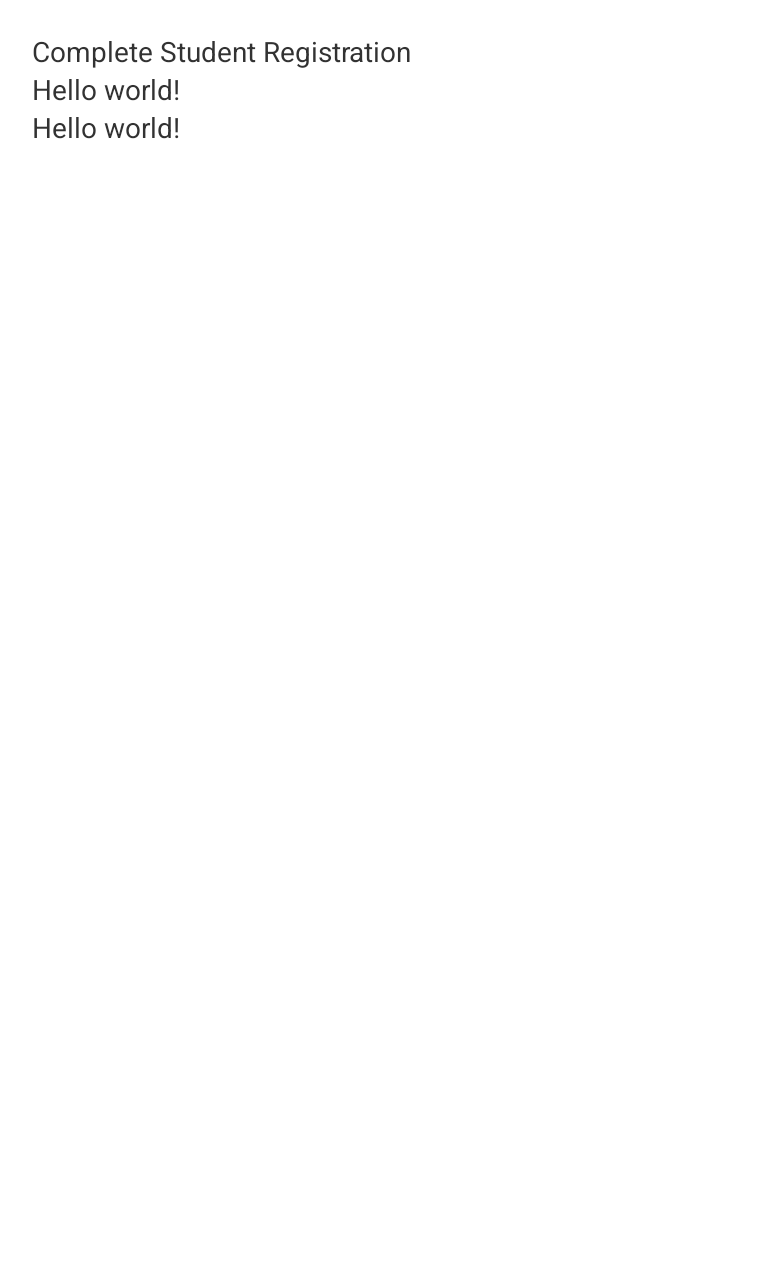
Repository: ericMedeiros93/Android-Dev
Layout: StudentInfo/res/layout/activity_register_avtivity.xml
These files come from the project's save history. The layout is drawn as it stood at one moment and after the next save; the edit follows.
It is drawn on a 768 x 1280 px phone screen (xhdpi) without system bars, with theme AppTheme; the app's code is not run.

Above is the layout before, as saved 2014-10-08 16:37:24.

After the next save:
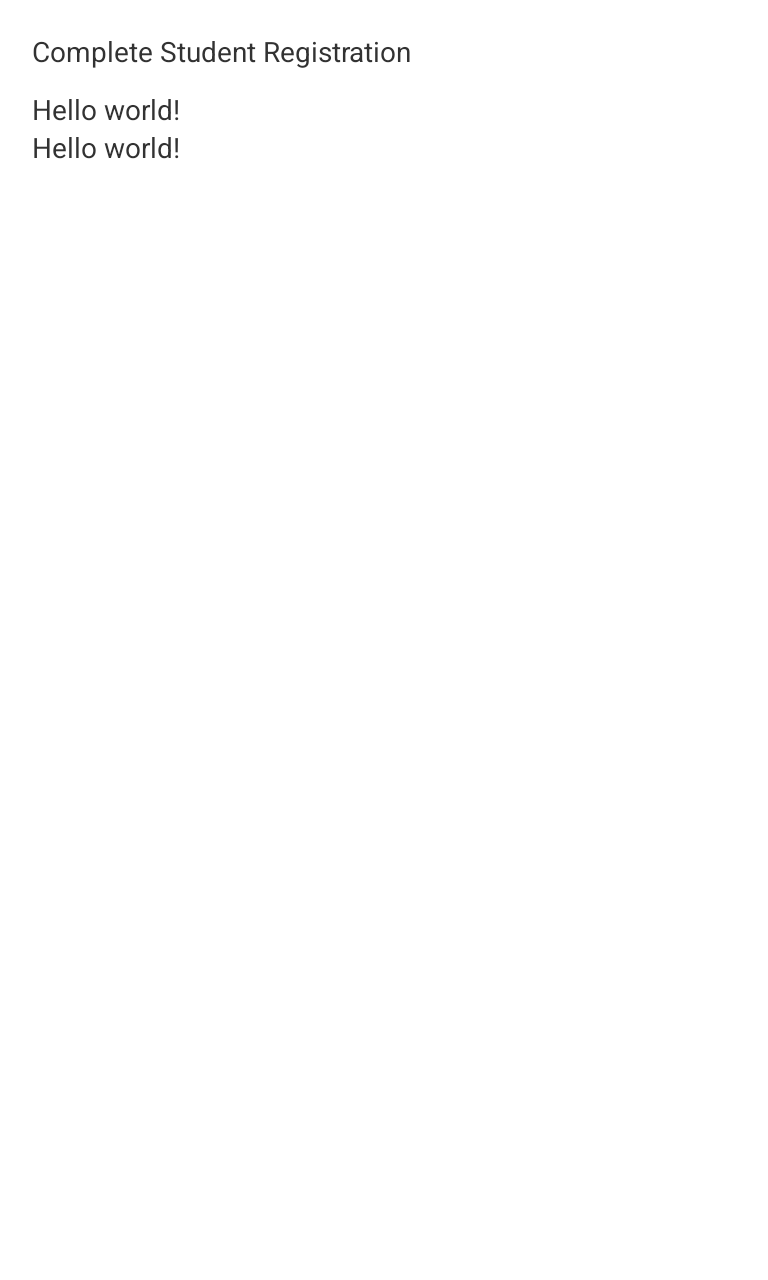
Saved 67 s later.
--- a/StudentInfo/res/layout/activity_register_avtivity.xml
+++ b/StudentInfo/res/layout/activity_register_avtivity.xml
@@ -15,12 +15,14 @@
         android:text="Complete Student Registration" />
 
     <TextView
-        android:id="@+id/textView1"
+        android:id="@+id/txtName"
+        android:layout_marginTop="10dp"
         android:layout_width="wrap_content"
         android:layout_height="wrap_content"
         android:text="@string/hello_world" />
 
     <TextView
+        android:id="@+id/txtNeedResidence"
         android:layout_width="wrap_content"
         android:layout_height="wrap_content"
         android:text="@string/hello_world" />
